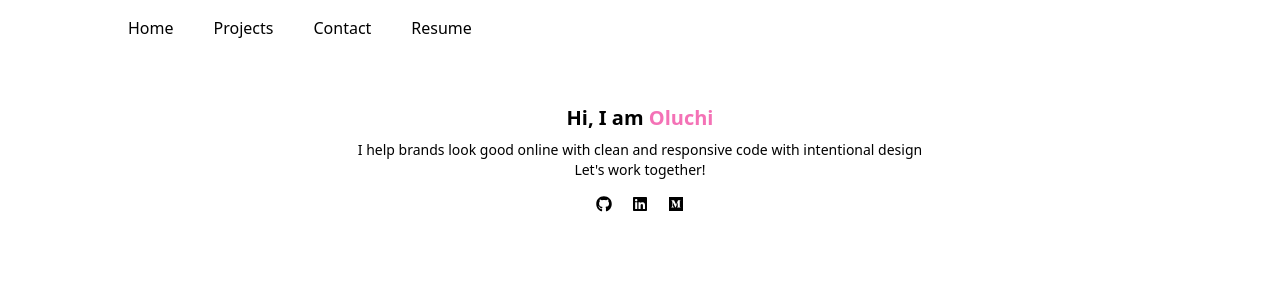
Repository: ooluchi/portfolio_
Page: / (app in my-react-app/)
The author's editor kept a copy of each file at every save. The page is drawn from the files as they stood at one save, then again after the next save.
The browser window is 1280 px wide. The pictures show the whole page.
The project was rebuilt for these pictures with package versions that can differ from the ones it lists, and the page was loaded fresh each time. Also part of the build but not shown: my-react-app/vite.config.ts.

Above is the page before, as saved 2025-11-20 12:30:12.

After the next save:
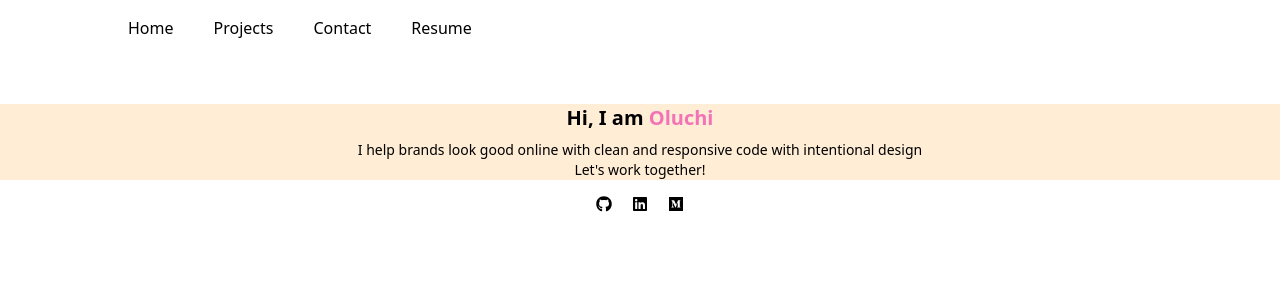
Saved 110 s later.
--- a/my-react-app/src/components/Home.tsx
+++ b/my-react-app/src/components/Home.tsx
@@ -7,7 +7,7 @@
   return (
     <div>
 
-      <div className="text-center ">
+      <div className="text-center bg-orange-100	 ">
         <h1 className="font-semibold mt-12 text-xl">Hi, I am <span className="text-pink-400">Oluchi</span></h1>
         <div className="mt-2 text-sm">
           <p>I help brands look good online with clean and responsive code with intentional design </p>

After the save that followed:
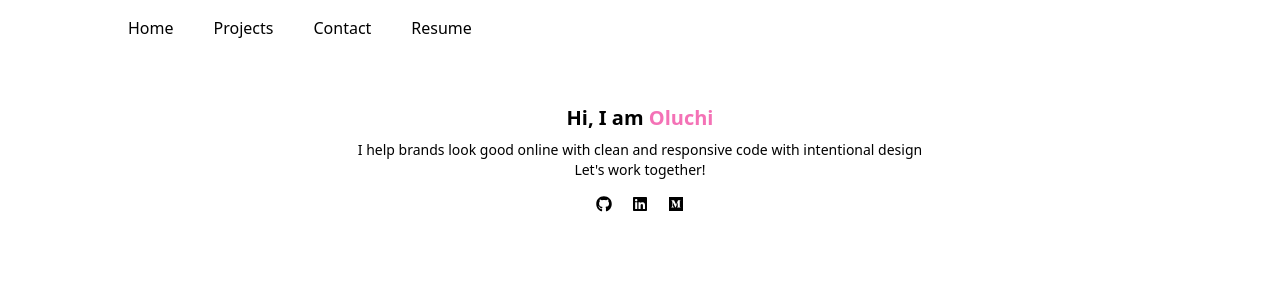
Saved 7 s later.
--- a/my-react-app/src/components/Home.tsx
+++ b/my-react-app/src/components/Home.tsx
@@ -7,7 +7,7 @@
   return (
     <div>
 
-      <div className="text-center bg-orange-100	 ">
+      <div className="text-center  ">
         <h1 className="font-semibold mt-12 text-xl">Hi, I am <span className="text-pink-400">Oluchi</span></h1>
         <div className="mt-2 text-sm">
           <p>I help brands look good online with clean and responsive code with intentional design </p>
